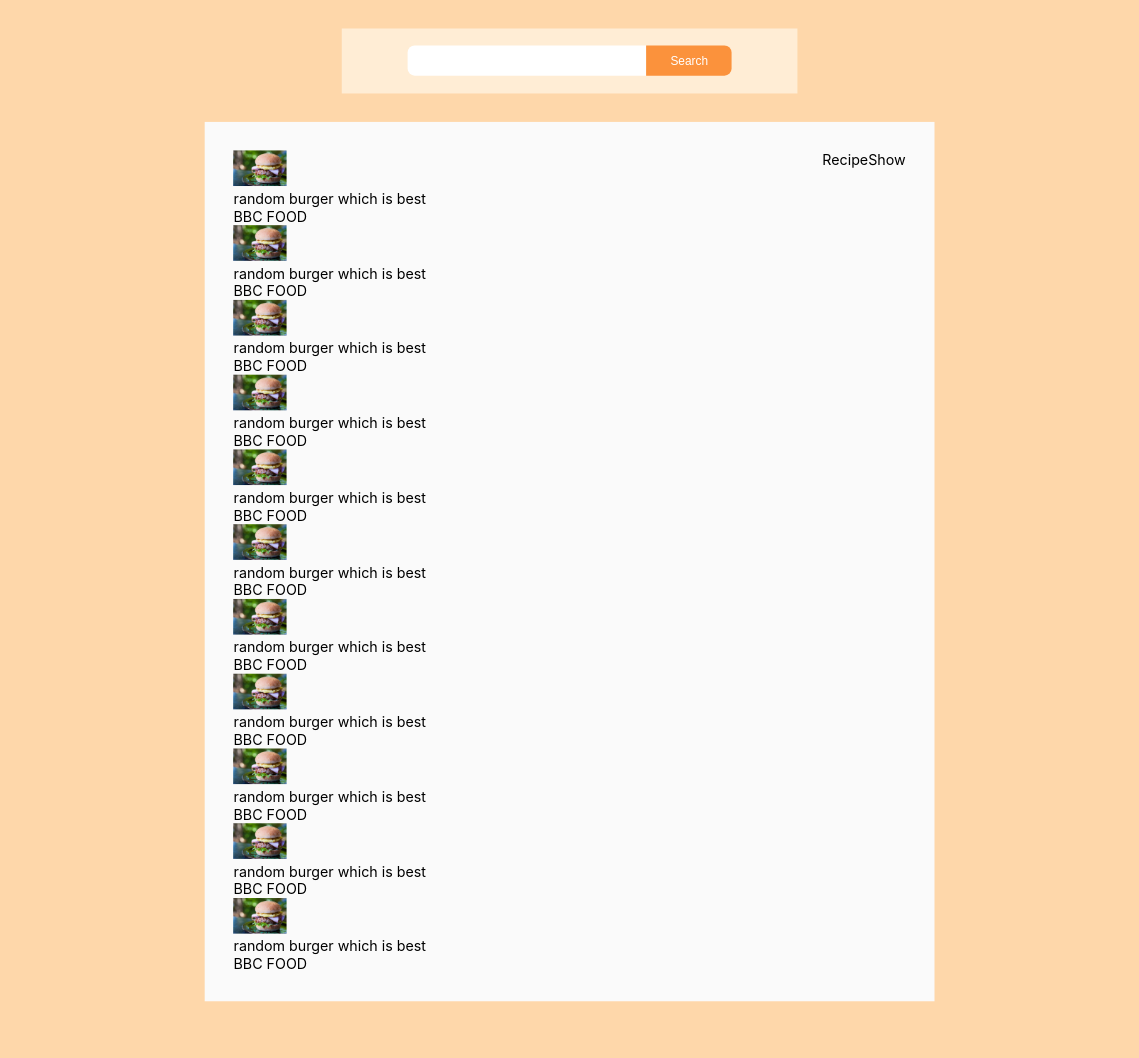
Repository: sandipkarmokar/recipeApp
Page: /
An editor plug-in stored every save of this project. The page is shown before and after the next save, followed by the edit.
The browser window is 1280 px wide. The pictures show the whole page, at 89% of full size.
The project was rebuilt for these pictures with package versions that can differ from the ones it lists, and the page was loaded fresh each time.

Above is the page before, as saved 2022-04-16 12:14:07.

After the next save:
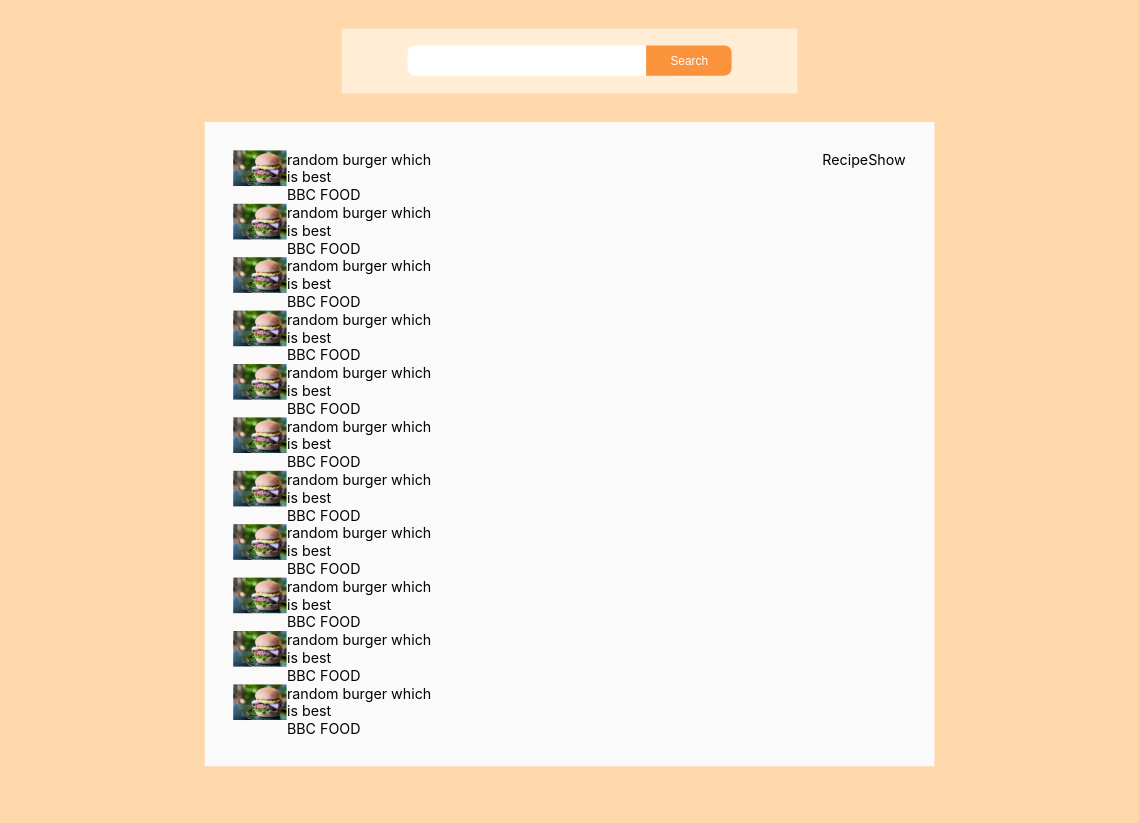
Saved 21 s later.
--- a/src/App.css
+++ b/src/App.css
@@ -71,3 +71,12 @@
     img {
     height: 40px;
 }
+
+.app
+    .app-container
+    .recipe-modal
+    .recipeList
+    .recipeList-container
+    .recipe-item {
+    display: flex;
+}
